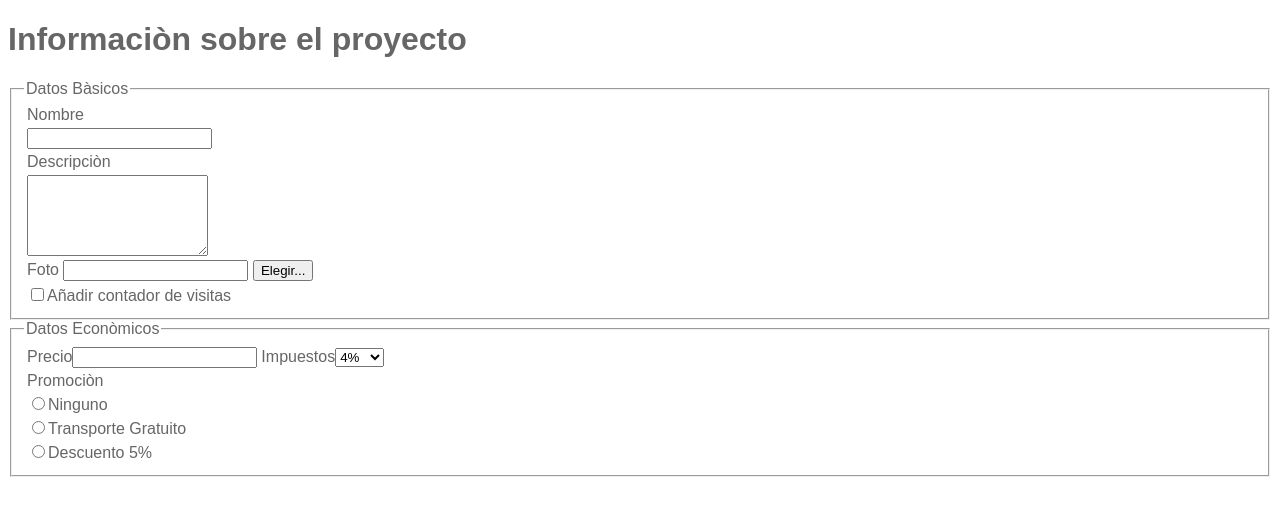
Repository: hoscanoa/Clases-LPII
Page: LPIISemana01/LPII-Semana01/WebContent/inicio.html
The author's editor kept a copy of each file at every save. The page is drawn from the files as they stood at one save, then again after the next save.
The browser window is 1280 px wide. The pictures show the whole page.

Above is the page before, as saved 2014-09-18 22:27:15.

### LPIISemana01/LPII-Semana01/WebContent/inicio.html
<!DOCTYPE html PUBLIC "-//W3C//DTD HTML 4.01 Transitional//EN" "http://www.w3.org/TR/html4/loose.dtd">
<html>
<head>
<meta http-equiv="Content-Type" content="text/html; charset=ISO-8859-1">
<link rel="stylesheet" type="text/css" href="style/estilo.css">


<title>Insert title here</title>
</head>
<body>
	<h1>Informaciòn sobre el proyecto</h1>
	<form action="">
		<fieldset>
			<legend>Datos Bàsicos</legend>
			<table>
				<tr>
					<td>Nombre</td>
				</tr>
				<tr>
					<td colspan="2"><input type="text" name="nombre"></td>
				</tr>
				<tr>
					<td>Descripciòn</td>
				</tr>
				<tr>
					<td colspan="2"><textarea rows="5"></textarea>
					</td>
				</tr>

				<tr>
					<td>Foto <input type="text" name="descripcion"> <input
						type="button" value="Elegir..."></td>
				</tr>
				<tr>
					<td><input type="checkbox">Añadir contador de visitas
					</td>
				</tr>
			</table>
		</fieldset>
		<fieldset>
			<legend>Datos Econòmicos</legend>
			<table>
				<tr>
					<td>Precio<input type="text"></td>
					<td>Impuestos<select>
							<option>4%</option>
							<option>7%</option>
							<option>16%</option>
							<option>25%</option>
					</select></td>
				</tr>
				<tr>
					<td>Promociòn</td>
				</tr>
				<tr>
					<td><input type="radio">Ninguno</td>
				</tr>
				<tr>
					<td><input type="radio">Transporte Gratuito</td>
				</tr>
				<tr>
					<td><input type="radio">Descuento 5%</td>
				</tr>
			</table>
		</fieldset>
	</form>

</body>
</html>

### LPIISemana01/LPII-Semana01/WebContent/style/estilo.css
@CHARSET "ISO-8859-1";

body {
	color: #666;
	font-family: Arial, Verdana, Helvetica;
}

h1 {
	color: #55555;
}

.etiqueta {
	color: blue;
}

After the next save:
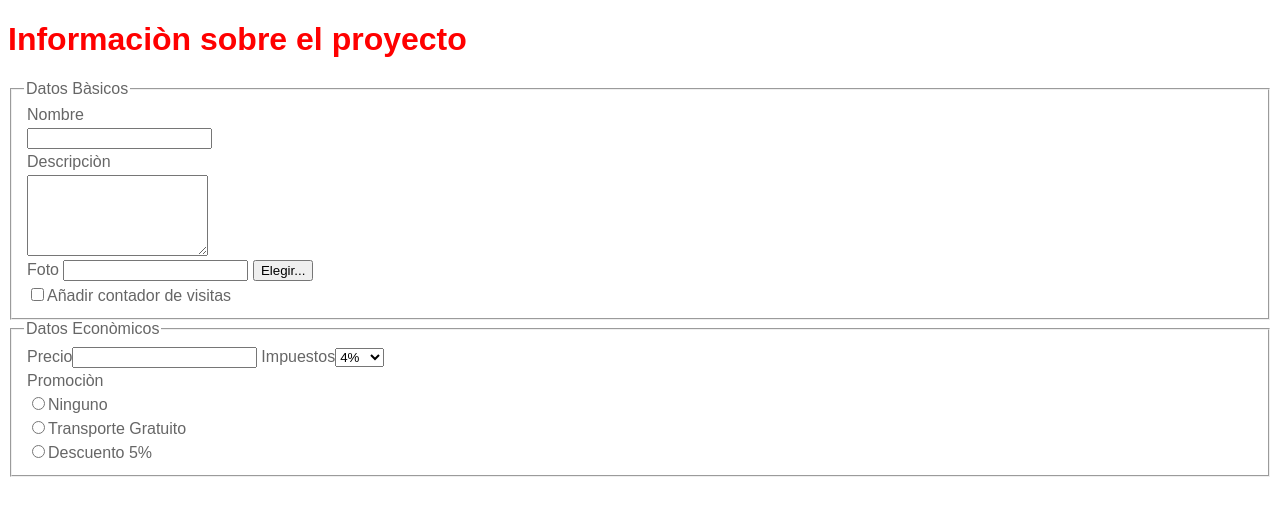
Saved 2 min 11 s later.
--- a/LPIISemana01/LPII-Semana01/WebContent/style/estilo.css
+++ b/LPIISemana01/LPII-Semana01/WebContent/style/estilo.css
@@ -6,7 +6,7 @@ body {
 }
 
 h1 {
-	color: #55555;
+	color: red;
 }
 
 .etiqueta {
